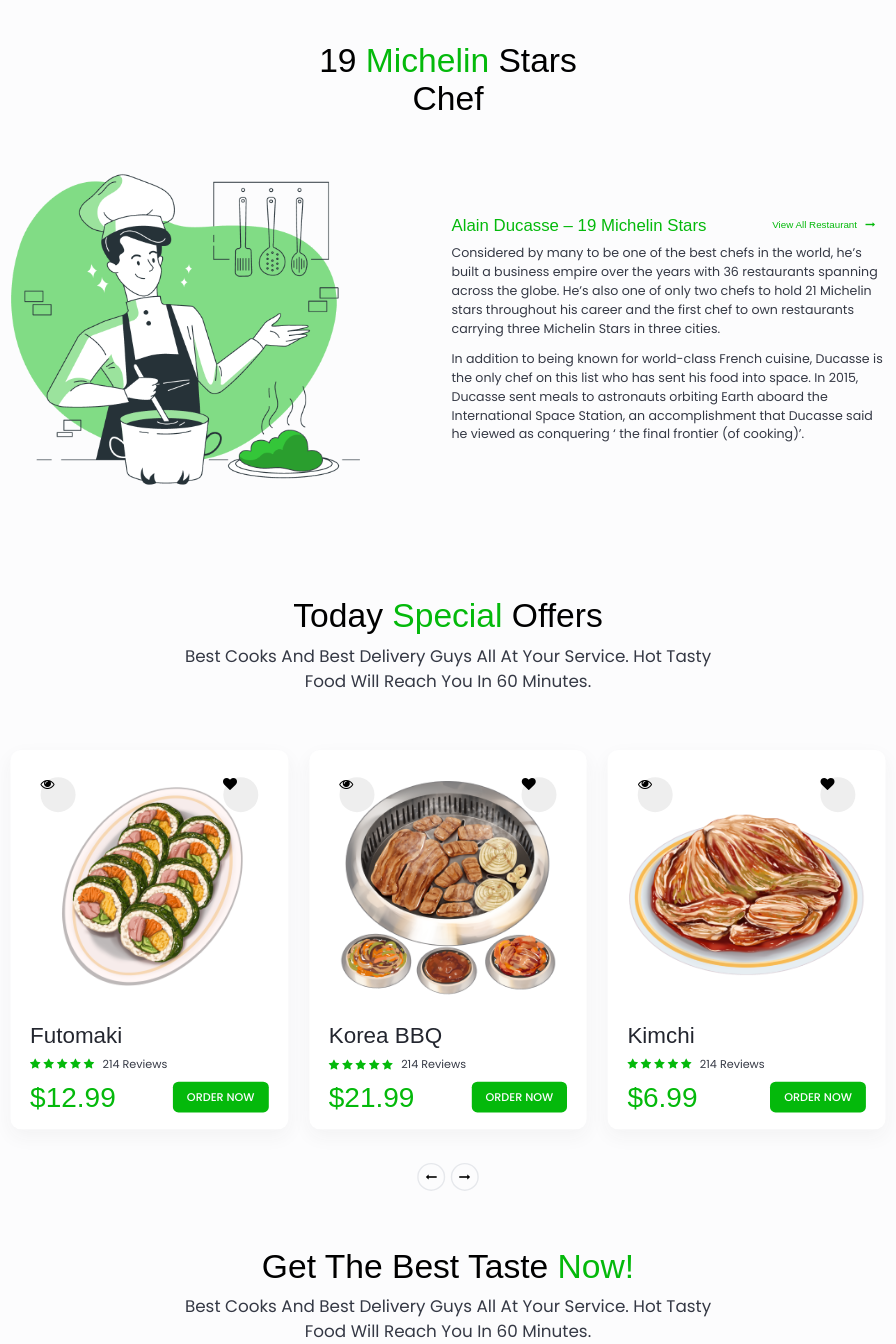
Repository: Toan3333/fooz
Page: index.html
These files come from the project's save history. The page is drawn as it stood at one moment and after the next save; the edit follows.
The browser window is 1280 px wide. The pictures show the part of the page from y = 1566 to 3486 px (the page is 3486 px tall), at 70% of full size.
Some web fonts or font styles are not loaded; a fallback is used.

Above is the page before, as saved 2023-05-19 11:12:38.

After the next save:
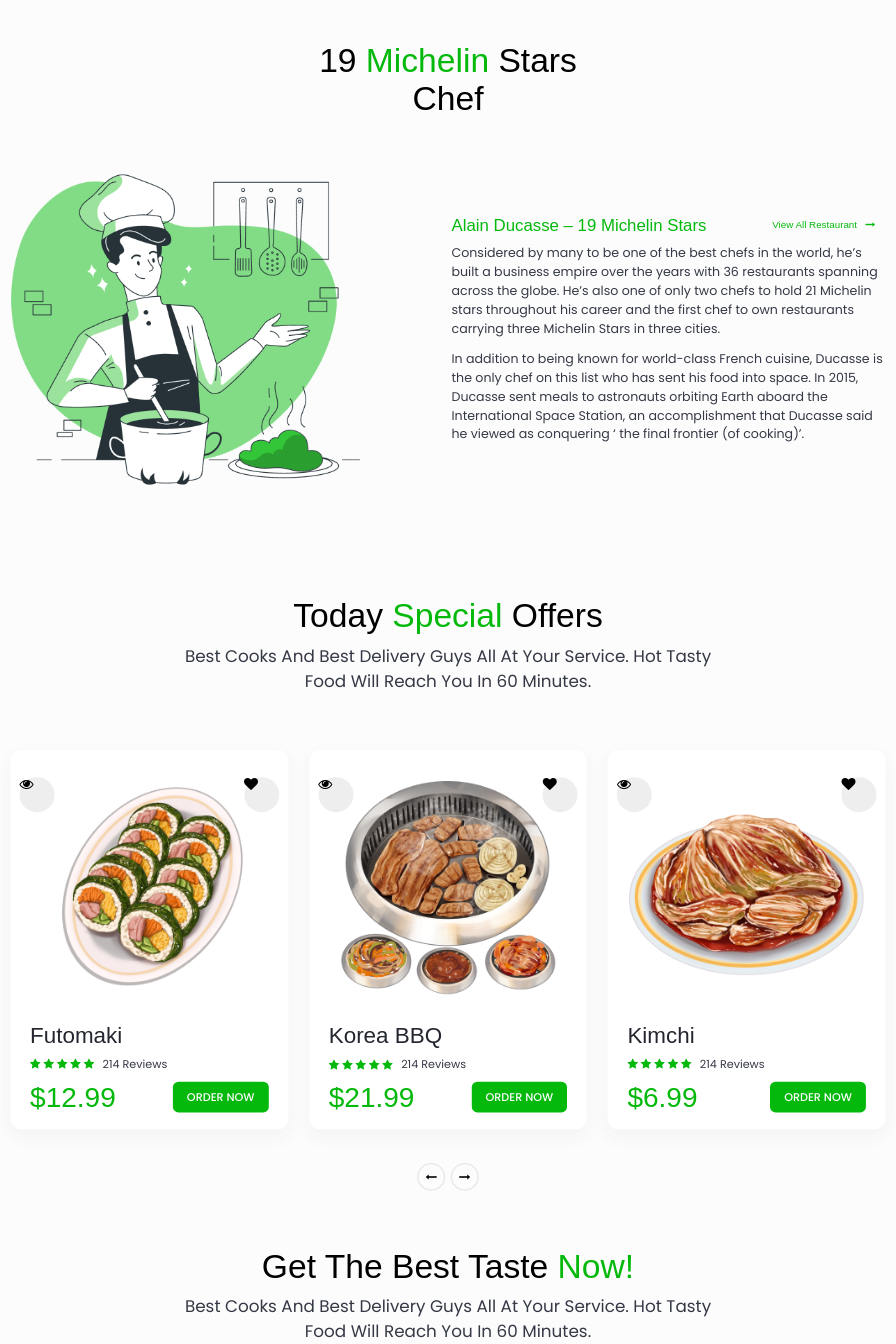
Saved 49 s later.
--- a/assets/css/style.css
+++ b/assets/css/style.css
@@ -364,10 +364,16 @@
   background-color: var(--primary-color);
 }
 .special-image .fa-heart {
-  right: 15px;
+  right: -15px;
 }
 .special-image .fa-eye {
-  left: 15px;
+  left: -15px;
+}
+.special-image:hover .fa-heart {
+  right: -15px;
+}
+.special-image:hover .fa-eye {
+  left: -15px;
 }
 .special-image img {
   width: 100%;
